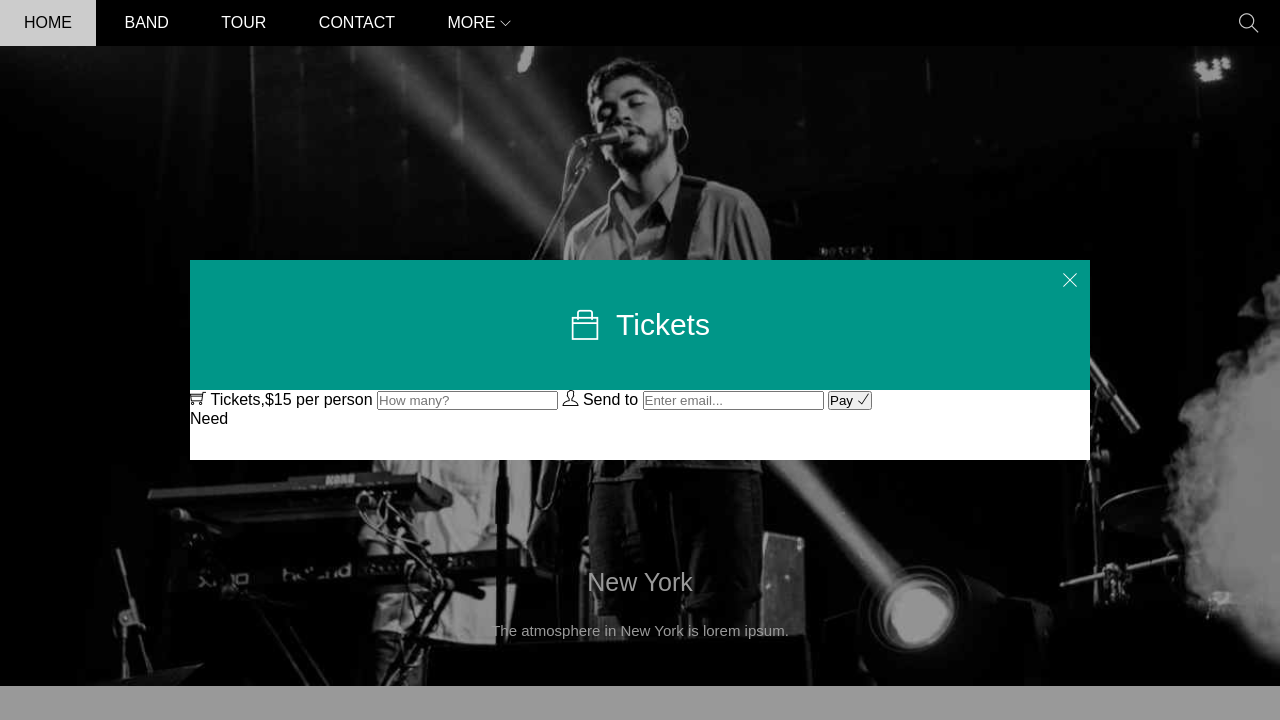
Repository: BrandonTuan777/The_Band
Page: index.html
An editor plug-in stored every save of this project. The page is shown before and after the next save, followed by the edit.
The browser window is 1280 px wide. The pictures show the window.
A layer covers the whole window, so only the first screen is drawn.

Above is the page before, as saved 2022-04-17 21:20:54.

After the next save:
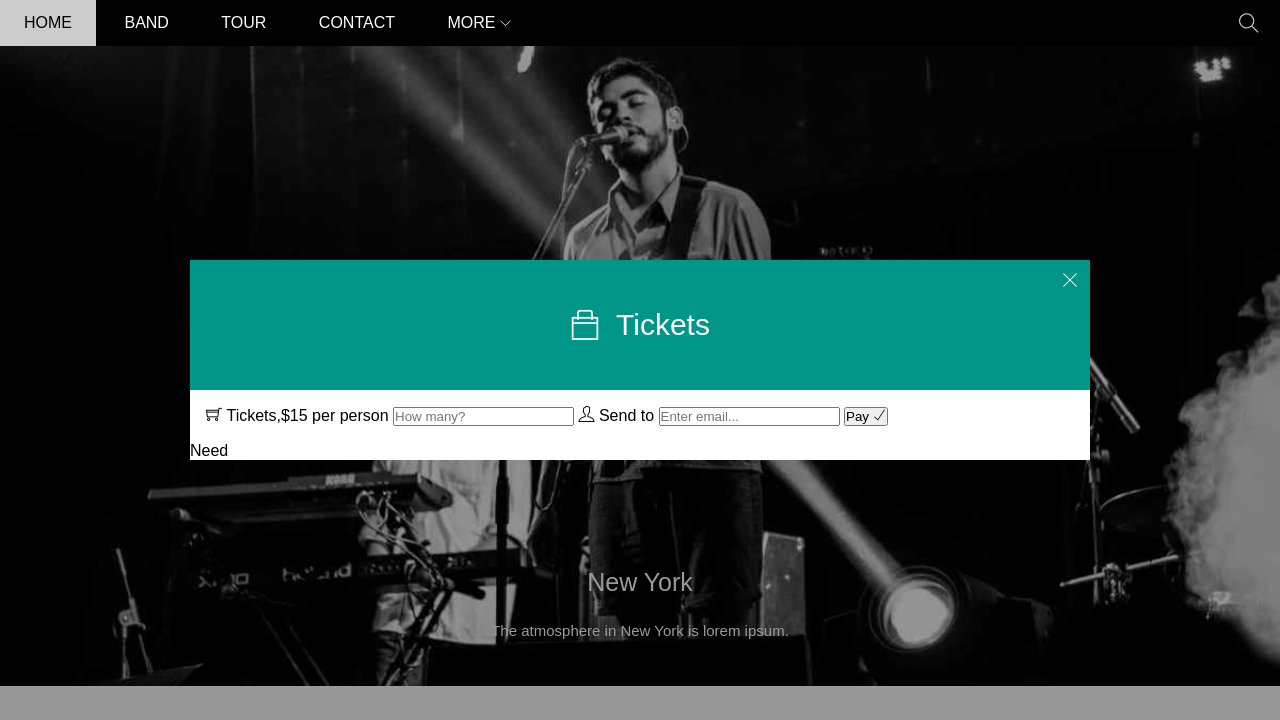
Saved 7 min 14 s later.
--- a/assets/css/styles.css
+++ b/assets/css/styles.css
@@ -436,3 +436,7 @@ header.modal-header {
 .modal-close:hover{
   opacity: 0.9;
 }
+
+.modal-body {
+  padding: 16px;
+}
